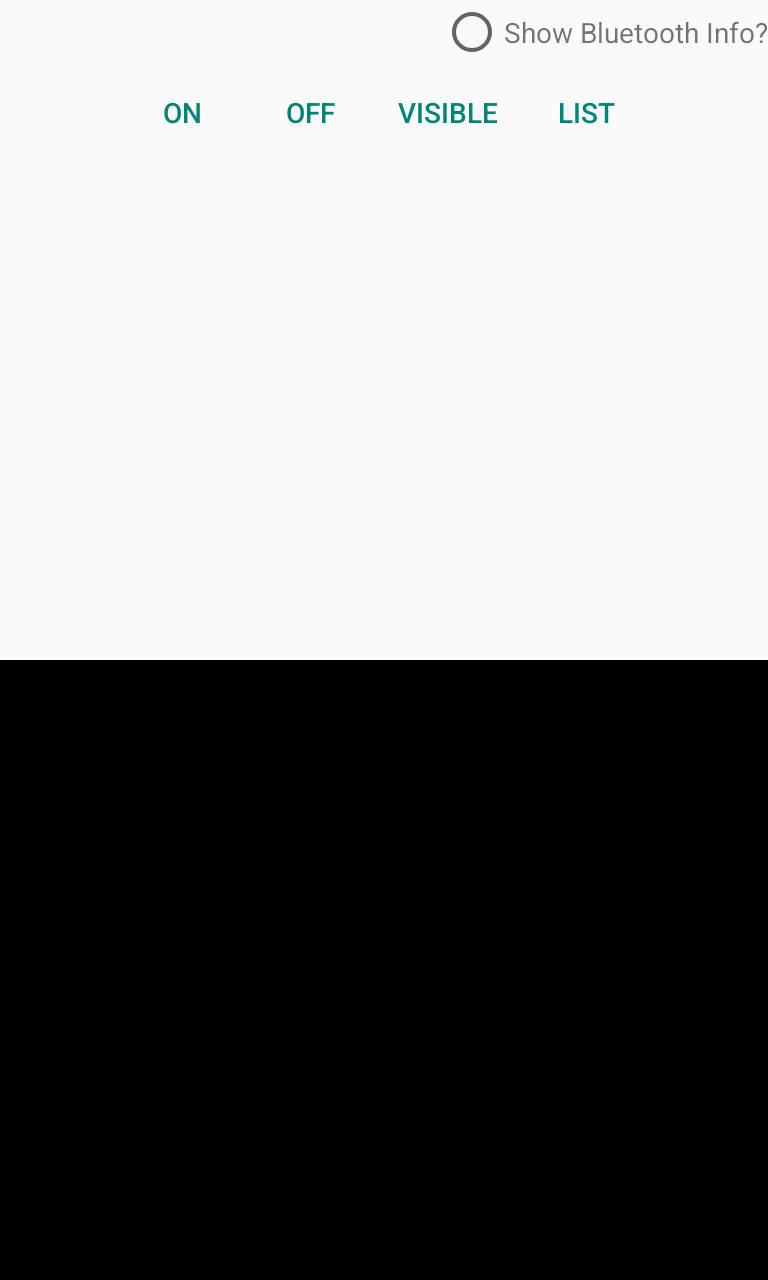
Repository: sdenom01/Anduino
Layout: Anduino/res/layout/activity_main.xml
An editor plug-in stored every save of this project. The layout is shown before and after the next save, followed by the edit.
It is drawn on a 768 x 1280 px phone screen (xhdpi) without system bars, with theme AppTheme; the app's code is not run. Lists and similar views that code fills are empty.

Above is the layout before, as saved 2014-07-08 21:35:41.

### Anduino/res/layout/activity_main.xml
<LinearLayout xmlns:android="http://schemas.android.com/apk/res/android"
    xmlns:tools="http://schemas.android.com/tools"
    android:layout_width="match_parent"
    android:layout_height="match_parent"
    android:orientation="vertical"
    tools:context="${packageName}.${activityClass}" >

    <LinearLayout
        android:id="@+id/bluetoothToggleLayout"
        android:layout_width="match_parent"
        android:layout_height="wrap_content"
        android:gravity="right"
        android:orientation="horizontal" >

        <RadioButton
            android:id="@+id/bluetoothToggle"
            android:layout_width="wrap_content"
            android:layout_height="wrap_content" />

        <TextView
            android:id="@+id/bluetoothToggleTitle"
            android:layout_width="wrap_content"
            android:layout_height="wrap_content"
            android:text="@string/ToggleBluetooth" />
    </LinearLayout>

    <!-- Bluetooth Information goes here -->

    <LinearLayout
        android:id="@+id/bluetoothInformation"
        android:layout_width="wrap_content"
        android:layout_height="wrap_content"
        android:orientation="vertical" >

        <LinearLayout
            android:layout_width="wrap_content"
            android:layout_height="wrap_content"
            android:layout_gravity="center"
            android:orientation="horizontal" >

            <Button
                android:id="@+id/button1"
                style="?android:attr/buttonBarButtonStyle"
                android:layout_width="wrap_content"
                android:layout_height="wrap_content"
                android:clickable="true"
                android:onClick="on"
                android:text="@string/On" />

            <Button
                android:id="@+id/button2"
                style="?android:attr/buttonBarButtonStyle"
                android:layout_width="wrap_content"
                android:layout_height="wrap_content"
                android:clickable="true"
                android:onClick="off"
                android:text="@string/Off" />

            <Button
                android:id="@+id/button3"
                style="?android:attr/buttonBarButtonStyle"
                android:layout_width="wrap_content"
                android:layout_height="wrap_content"
                android:clickable="true"
                android:onClick="visible"
                android:text="@string/Visible" />

            <Button
                android:id="@+id/button4"
                style="?android:attr/buttonBarButtonStyle"
                android:layout_width="wrap_content"
                android:layout_height="wrap_content"
                android:clickable="true"
                android:onClick="list"
                android:text="@string/List" />
        </LinearLayout>

        <LinearLayout
            android:layout_width="wrap_content"
            android:layout_height="wrap_content"
            android:orientation="horizontal" >

            <ListView
                android:id="@+id/listView1"
                android:layout_width="wrap_content"
                android:layout_height="250dp" />
        </LinearLayout>
    </LinearLayout>

    <!-- Color Picker will go here -->

    <LinearLayout
        android:id="@+id/colorPicker"
        android:layout_width="match_parent"
        android:layout_height="match_parent"
        android:background="#000000"
        android:orientation="horizontal" >
    </LinearLayout>

</LinearLayout>

### Anduino/res/values/strings.xml
<?xml version="1.0" encoding="utf-8"?>
<resources>

    <string name="app_name">Anduino</string>
    <string name="On">On</string>
    <string name="Off">Off</string>
    <string name="Visible">Visible</string>
    <string name="List">List</string>
    <string name="ToggleBluetooth">Show Bluetooth Info?</string>
</resources>

Loaded but not shown: Anduino/res/values/styles.xml (common file); Anduino/res/values-v11/styles.xml (common file); Anduino/res/values-v14/styles.xml (common file)

After the next save:
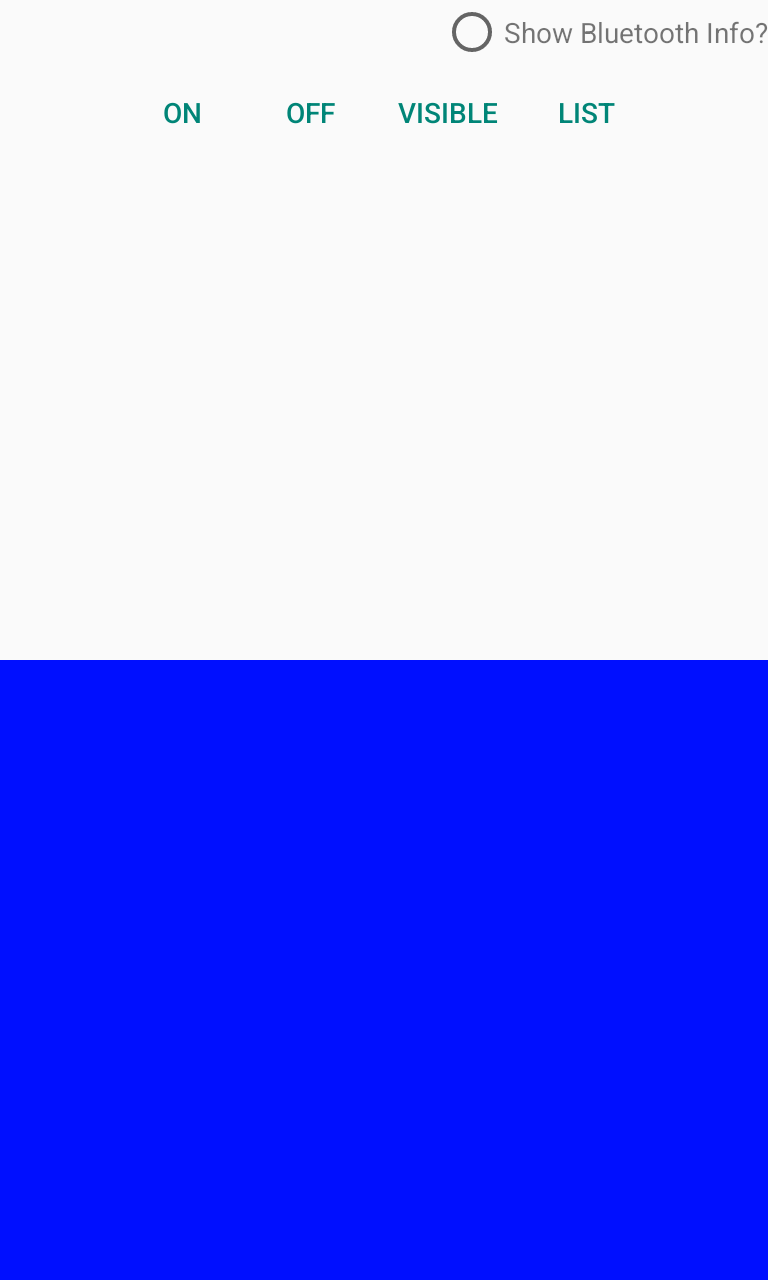
Saved 20 s later.
--- a/Anduino/res/layout/activity_main.xml
+++ b/Anduino/res/layout/activity_main.xml
@@ -93,7 +93,7 @@
         android:id="@+id/colorPicker"
         android:layout_width="match_parent"
         android:layout_height="match_parent"
-        android:background="#000000"
+        android:background="#000fff"
         android:orientation="horizontal" >
     </LinearLayout>
 
